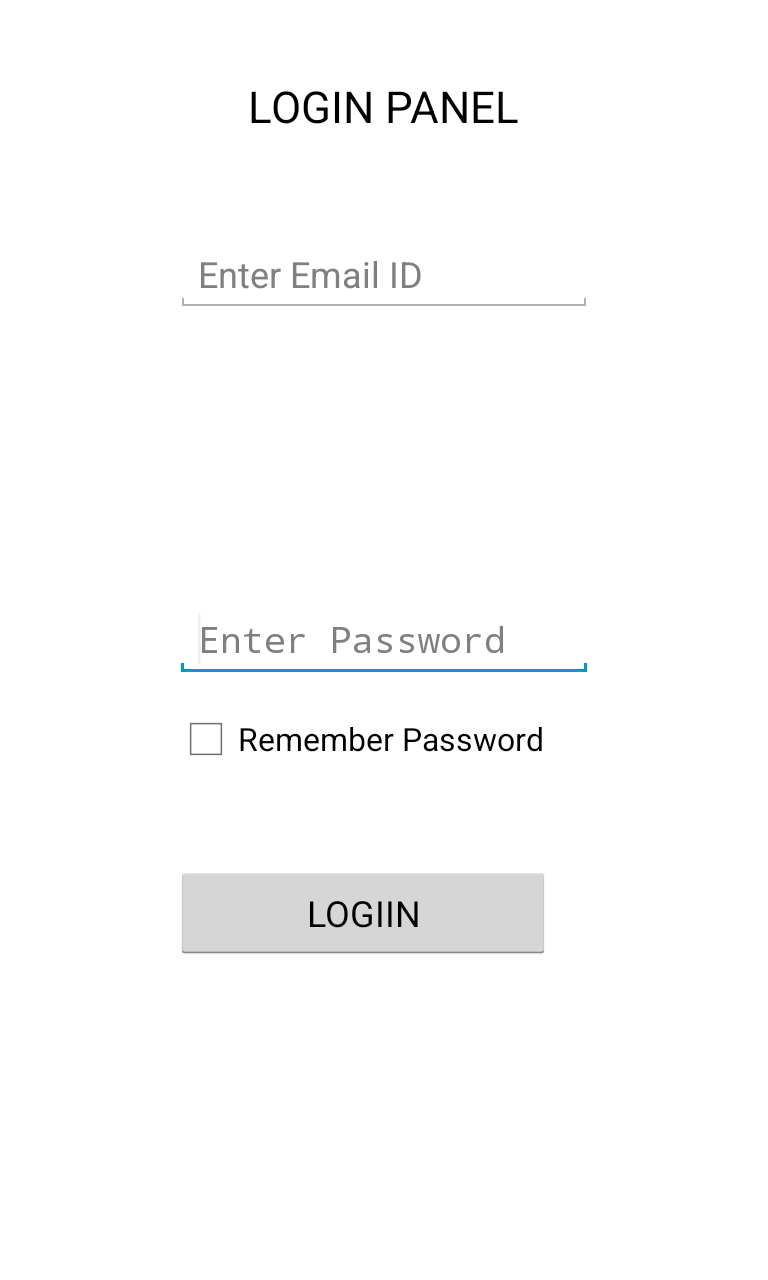
Repository: amittttt/Android-HP
Layout: SharedPrefrances/res/layout/activity_main.xml
An editor plug-in stored every save of this project. The layout is shown before and after the next save, followed by the edit.
It is drawn on a 768 x 1280 px phone screen (xhdpi) without system bars, with theme AppTheme; the app's code is not run.

Above is the layout before, as saved 2016-05-14 14:18:50.

After the next save:
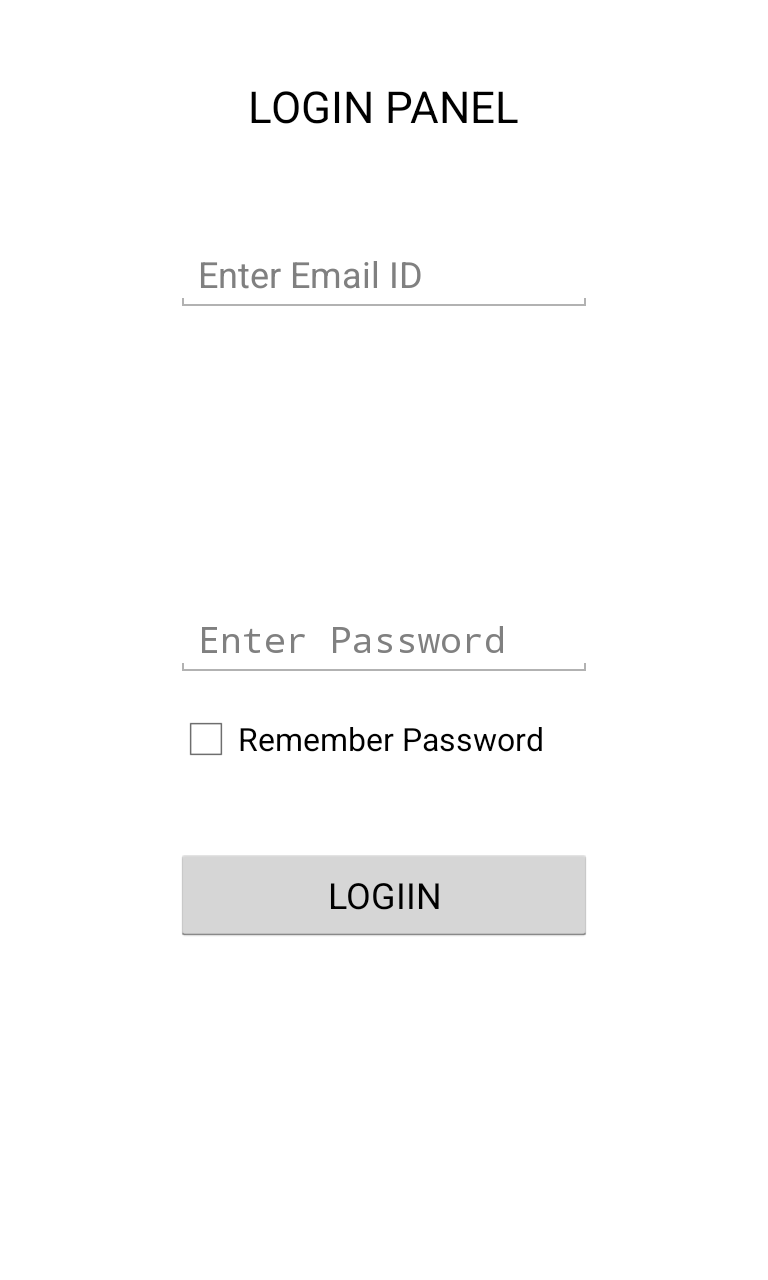
Saved 88 s later.
--- a/SharedPrefrances/res/layout/activity_main.xml
+++ b/SharedPrefrances/res/layout/activity_main.xml
@@ -29,24 +29,12 @@
         android:hint="Enter Email ID"
         android:inputType="textPersonName" />
 
-    <EditText
-        android:id="@+id/editText2"
-        android:layout_width="wrap_content"
-        android:layout_height="wrap_content"
-        android:layout_centerHorizontal="true"
-        android:layout_centerVertical="true"
-        android:ems="10"
-        android:hint="Enter Password"
-        android:inputType="textPassword" >
-
-        <requestFocus />
-    </EditText>
-
     <CheckBox
         android:id="@+id/checkBox1"
         android:layout_width="wrap_content"
         android:layout_height="wrap_content"
         android:layout_alignLeft="@+id/editText2"
+        android:layout_alignRight="@+id/editText1"
         android:layout_below="@+id/editText2"
         android:layout_marginTop="14dp"
         android:text="Remember Password " />
@@ -56,9 +44,21 @@
         android:layout_width="wrap_content"
         android:layout_height="wrap_content"
         android:layout_alignLeft="@+id/checkBox1"
-        android:layout_alignRight="@+id/checkBox1"
+        android:layout_alignRight="@+id/editText1"
         android:layout_below="@+id/checkBox1"
-        android:layout_marginTop="47dp"
-        android:text="LOGIIN" />
+        android:layout_marginTop="38dp"
+        android:text="LOGIIN"
+        android:onClick="movetonext"
+        />
+
+    <EditText
+        android:id="@+id/editText2"
+        android:layout_width="wrap_content"
+        android:layout_height="wrap_content"
+        android:layout_centerHorizontal="true"
+        android:layout_centerVertical="true"
+        android:ems="10"
+        android:hint="Enter Password"
+        android:inputType="textPassword" />
 
 </RelativeLayout>
